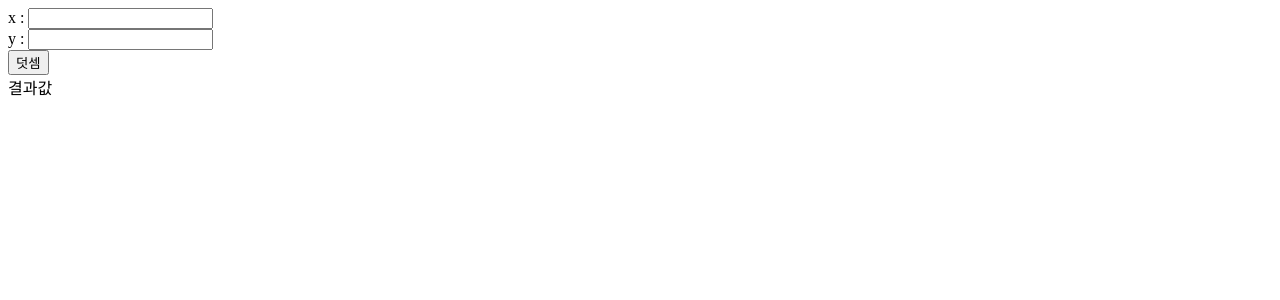
Repository: HimNahyeon/devClassBackup
Page: jsp/youtube_jsp/JSPPrj/WebContent/add.html
An editor plug-in stored every save of this project. The page is shown before and after the next save, followed by the edit.
The browser window is 1280 px wide. The pictures show the whole page.

Above is the page before, as saved 2021-10-28 05:30:54.

After the next save:
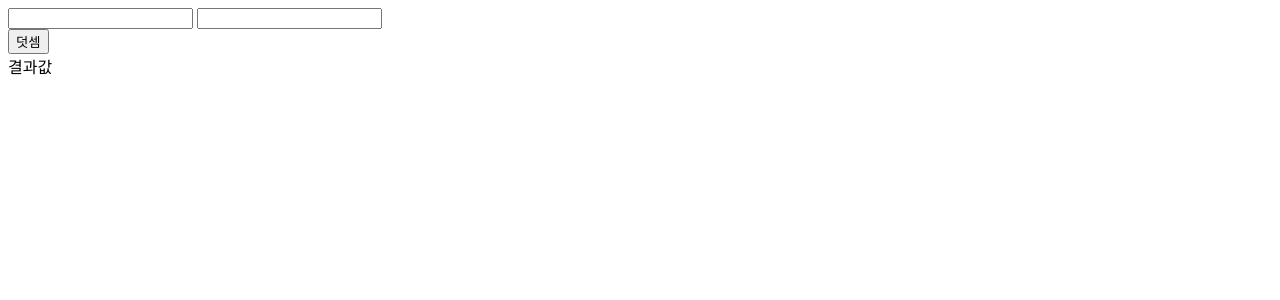
Saved 85 s later.
--- a/jsp/youtube_jsp/JSPPrj/WebContent/add.html
+++ b/jsp/youtube_jsp/JSPPrj/WebContent/add.html
@@ -8,11 +8,7 @@
 	<div>
 		<form action="add2" method="post">
 			<div>
-				<label>x : </label>
 				<input type="text" name="x">
-			</div>
-			<div>
-				<label>y : </label>
 				<input type="text" name="y">
 			</div>
 			<div>
